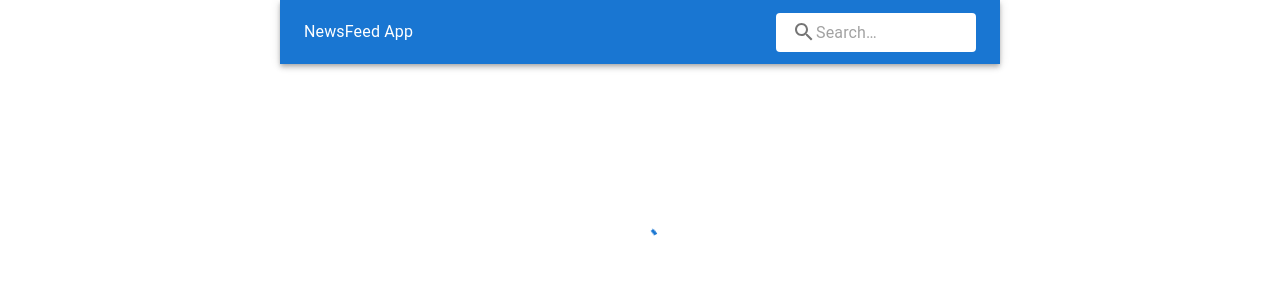
Repository: Baraajad231/News-Feed
Page: /
These files come from the project's save history. The page is drawn as it stood at one moment and after the next save; the edit follows.
The browser window is 1280 px wide. The pictures show the whole page.
The page's requests for data from a server got no answer. The project was rebuilt for these pictures with package versions that can differ from the ones it lists, and the page was loaded fresh each time. No one was signed in, and anything a server would have sent is missing. Also part of the build but not shown: vite.config.js.

Above is the page before, as saved 2026-03-21 16:22:01.

### index.html
<!doctype html>
<html lang="en">
  <head>
    <meta charset="UTF-8" />
    <link rel="icon" type="image/svg+xml" href="/favicon.svg" />
    <meta name="viewport" content="width=device-width, initial-scale=1.0" />
    <title>vite-project</title>
  </head>
  <body>
    <div id="root"></div>
    <script type="module" src="/src/main.jsx"></script>
  </body>
</html>

### src/index.css
:root {
  font-family: Inter, system-ui, Avenir, Helvetica, Arial, sans-serif;
  line-height: 1.5;
  font-weight: 400;
}

body {
  margin: 0 auto;
  display: flex;
  min-width: 320px;
  max-width: 768px;
  min-height: 100vh;
}

#root {
  width: 100%;
}

### src/App.jsx
import { Container } from "@mui/material";
import NewsFeed from "./components/NewsFeed";
import NewsHeader from "./components/NewsHeader";
import { useEffect, useState } from "react";
import { debounce } from "lodash";

function App() {
  const [articles, setArticles] = useState([]);
  const [isLoading, setIsLoading] = useState(false);

  const loadData = async (q) => {
    // const controller = new AbortController();

    const response = await fetch(
      `https://newsapi.org/v2/top-headlines?country=us&q=${q}&apiKey=${import.meta.env.VITE_NEWS_API_KEY}`,
    );
    const data = await response.json();

    return data?.articles?.map((article) => {
      const { title, description, urlToImage, author, publishedAt } = article;
      return { title, description, author, publishedAt, image: urlToImage };
    });
  };

  const debouncedLoadData = debounce((newQuery) => {
    setIsLoading(true);

    loadData(newQuery).then((data) => {
      setArticles(data);
      setIsLoading(false);
    });
  }, 500);
  // تختصار ل data => setArticles(data)

  useEffect(() => {
    // eslint-disable-next-line react-hooks/set-state-in-effect
    setIsLoading(true);

    loadData("").then((data) => {
      setArticles(data);
      setIsLoading(false);
    });
  }, []);

  const searchChangeHandler = (newQuery) => {
    debouncedLoadData(newQuery);
  };
  return (
    <Container>
      <NewsHeader onSearchChange={searchChangeHandler} />
      <NewsFeed articles={articles} loading={isLoading} />
    </Container>
  );
}

export default App;

### src/components/NewsFeed.jsx
import { Box, CircularProgress, Typography } from "@mui/material";
import NewsArticle from "./newsArticle";

const NewsFeed = ({ articles, loading }) => {
  if (loading) {
    return (
      <Box
        display="flex"
        justifyContent="center"
        alignItems="center"
        height="50vh"
      >
        <CircularProgress />
      </Box>
    );
  }

  const results = !articles.length ? (
    <Typography align="center" variant="h6" color="textSecondary" marginTop={4}>
      No articles found.
    </Typography>
  ) : (
    articles.map((article) => (
      <NewsArticle {...article} key={crypto.randomUUID()} />
    ))
  );
  return <div>{results}</div>;
};

export default NewsFeed;

### src/components/NewsHeader.jsx
import AppBar from "@mui/material/AppBar";
import Toolbar from "@mui/material/Toolbar";
import Typography from "@mui/material/Typography";
import InputBase from "@mui/material/InputBase";
import SearchIcon from "@mui/icons-material/Search";
import { styled } from "@mui/material/styles";

const Search = styled("div")(({ theme }) => ({
  position: "relative",
  borderRadius: theme.shape.borderRadius,
  backgroundColor: theme.palette.common.white,
  "&:hover": {
    backgroundColor: theme.palette.common.white,
  },
  marginLeft: "auto",
  width: 200,
}));
const SearchIconWrapper = styled("div")(({ theme }) => ({
  padding: theme.spacing(0, 2),
  height: "100%",
  position: "absolute",
  pointerEvents: "none",
  display: "flex",
  alignItems: "center",
  justifyContent: "center",
}));
const StyledInputBase = styled(InputBase)(({ theme }) => ({
  color: theme.palette.text.primary,
  "& .MuiInputBase-input": {
    padding: theme.spacing(1, 1, 1, 5),
    transition: theme.transitions.create("width"),
    width: "100%",
  },
}));

const NewsHeader = ({ onSearchChange }) => {
  const handleShearchChange = (e) => {
    onSearchChange(e.target.value);
  };

  return (
    <AppBar position="static">
      <Toolbar>
        <Typography>NewsFeed App</Typography>
        <Search>
          <SearchIconWrapper>
            <SearchIcon color="action" />
          </SearchIconWrapper>
          <StyledInputBase
            placeholder="Search…"
            inputProps={{ "aria-label": "search" }}
            onChange={handleShearchChange}
          />
        </Search>
      </Toolbar>
    </AppBar>
  );
};

export default NewsHeader;

### src/components/newsArticle.jsx
import Card from "@mui/material/Card";
import CardActionArea from "@mui/material/CardActionArea";
import CardContent from "@mui/material/CardContent";
import CardMedia from "@mui/material/CardMedia";
import Typography from "@mui/material/Typography";
import Box from "@mui/material/Box";
import { styled } from "@mui/material/styles";

const StyledCard = styled(Card)(({ theme }) => ({
  margin: theme.spacing(2, 0),
}));

function NewsArticle({ image, title, description, author, publishedAt }) {
  return (
    <StyledCard>
      <CardActionArea>
        {image && (
          <CardMedia
            component="img"
            height="200"
            image={image}
            alt="Sample article"
          />
        )}
        <CardContent>
          <Typography gutterBottom variant="h6" component="div">
            {title}
          </Typography>
          <Typography variant="body2" color="textSecondary">
            {description}
          </Typography>
        </CardContent>
      </CardActionArea>
      <Box p={2}>
        <Typography variant="caption" color="textSecondary" display="block">
          {author}
        </Typography>
        {publishedAt && (
          <Typography variant="caption" color="textSecondary">
            {new Date(publishedAt).toLocaleDateString()}
          </Typography>
        )}
      </Box>
    </StyledCard>
  );
}
export default NewsArticle;

Loaded but not shown: src/main.jsx (common file)

After the next save:
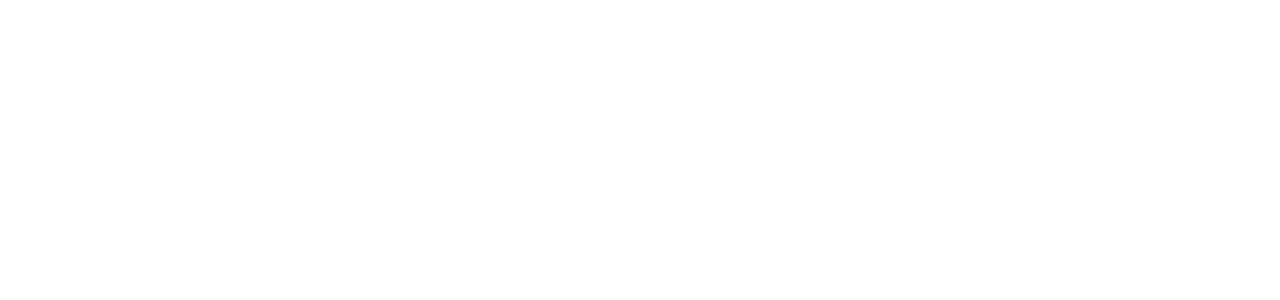
Console error: ReferenceError: styled is not defined
Saved 5 h 14 min later.
--- a/src/App.jsx
+++ b/src/App.jsx
@@ -3,6 +3,8 @@
 import NewsHeader from "./components/NewsHeader";
 import { useEffect, useState } from "react";
 import { debounce } from "lodash";
+
+const Footer = styled("div");
 
 function App() {
   const [articles, setArticles] = useState([]);

After the save that followed:
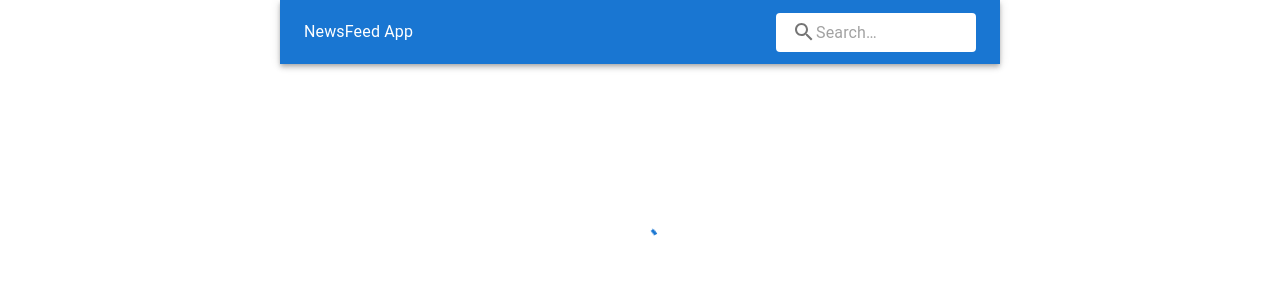
The error is gone.
Saved 77 s later.
--- a/src/App.jsx
+++ b/src/App.jsx
@@ -1,10 +1,12 @@
-import { Container } from "@mui/material";
+import { Container, styled } from "@mui/material";
 import NewsFeed from "./components/NewsFeed";
 import NewsHeader from "./components/NewsHeader";
 import { useEffect, useState } from "react";
 import { debounce } from "lodash";
 
-const Footer = styled("div");
+const Footer = styled("div")(({ theme }) => ({
+  margin: theme.spacing(2, 0),
+}));
 
 function App() {
   const [articles, setArticles] = useState([]);
